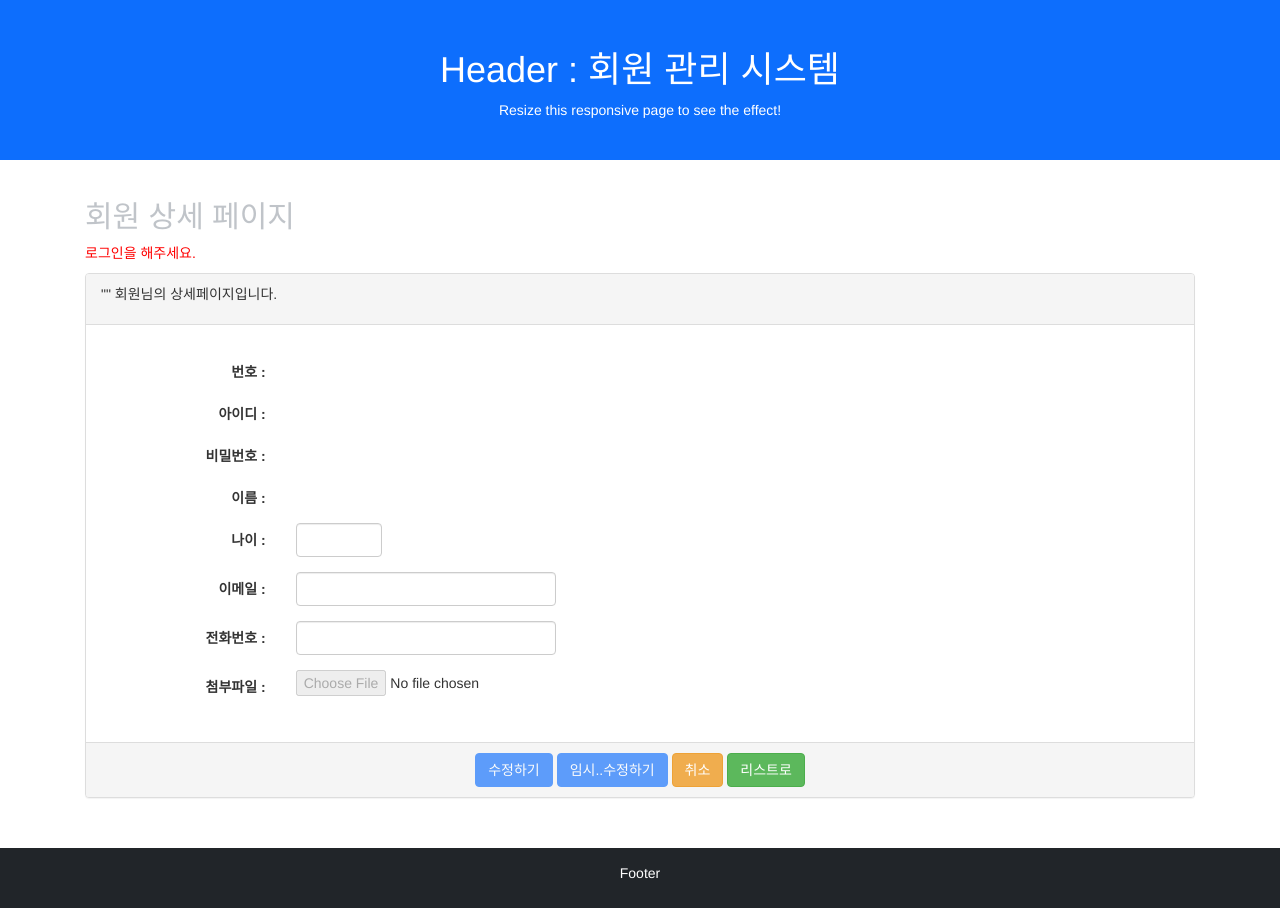
Repository: ainokks071/SpringWEB_MVC
Page: http://localhost/SpringMVC01/WEB-INF/views/memberContent.jsp
An editor plug-in stored every save of this project. The page is shown before and after the next save, followed by the edit.
The browser window is 1280 px wide. The pictures show the whole page.
The page is served by Tomcat 9. Nobody is signed in. Other server files are loaded and not shown. The template is opened directly, without the code that normally fills it, so the values that code supplies are empty.

Above is the page before, as saved 2023-10-09 11:59:50.

### SpringMVC01/src/main/webapp/WEB-INF/views/memberContent.jsp
<%@ page language="java" contentType="text/html; charset=UTF-8" pageEncoding="UTF-8"%>
<%@ page import="kr.bit.model.*"%>
<%--
[JSTL 이란?]
JSP 에서 java 코드가 들어갈 때마다 <% ~~ %>  태그를 사용하기에 불편함이 있고
가독성도 좋지 않아 등장한 태그 라이브러리
[Core Tag 란?]
JSTL의 태그 라이브러리 중 하나로 변수 지정, 제어문, 페이징 처리 등을 할 수 있는 기능을 제공.
아래와 같이 JSP파일의 상단에 선언해준다.
[Core Tag의 종류]
1. set	: 사용될 변수를 설정해 값을 저장하는 태그 -> 속성 : var(변수이름지정) value(값)
2. if : 조건에 따라 내부 코드를 수행하는 태그 -> 속성 : test 속성에 조건을 입력.
3. forEach	: 반복문을 수행하는 태그 ->
			<c:forEach var="vo" items="${list}">

4. out	: 페이지에 값을 출력하는 태그
5. url	: 변수에 url 값과 쿼리스트링 값을 저장하고 호출할 수 있게 하는 태그
6. choose : 다중 조건을 처리하는 코드, if, else문과 비슷하며 <c:choose> 내부에 <c:when>, <c:otherwise> 태그를 사용
7. for Tokens	: 구분자로 분리된 각각의 토큰을 처리할 때 사용하는 태그
8. redirect : 페이지를 재요청하는 태그 																	--%>
<%@ taglib prefix="c" uri="http://java.sun.com/jsp/jstl/core"%>

<!-- get 객체 바인딩.
    	getAttribute대신, JSTL, EL($기호 : getAttribute효과) 사용해보기 !-->
<%-- <% MemberVO vo = (MemberVO) request.getAttribute("vo");%> --%>

<!-- pageContext 내장객체 -> 변수 ctx="/MVC06" -->
<c:set var="ctx" value="${pageContext.request.contextPath}" />

<!DOCTYPE html>
<html>
<head>
<meta charset="UTF-8">
<meta name='viewport' content='width=device-width, initial-scale=1'>
<title>Insert title here</title>
<!--부트스트랩5  -->
<link href='https://cdn.jsdelivr.net/npm/bootstrap@5.3.1/dist/css/bootstrap.min.css' rel='stylesheet' integrity='sha384-4bw+/aepP/YC94hEpVNVgiZdgIC5+VKNBQNGCHeKRQN+PtmoHDEXuppvnDJzQIu9' crossorigin='anonymous'>
<!--부트스트랩3, jquery  -->
<link rel="stylesheet" href="https://maxcdn.bootstrapcdn.com/bootstrap/3.4.1/css/bootstrap.min.css">
<script src="https://ajax.googleapis.com/ajax/libs/jquery/3.6.4/jquery.min.js"></script>
<script src="https://maxcdn.bootstrapcdn.com/bootstrap/3.4.1/js/bootstrap.min.js"></script>

<script type="text/javascript">

	function update() {
		document.form1.action = "<c:url value='/memberUpdate.do' />";
		document.form1.submit();
	}

	function update2() {
		/* 1. 파일이 첨부된 경우 */
		if($("#file").val() != '') {
			/* 첨부된 파일데이터를 서버(controller)로 전송하기 위해 'FormData객체' 사용 -> 'fomr태그'와 구분 */
			var formData = new FormData();
/* 			FormData객체의 append()메서드 : 파일데이터를 key/value로 묶어준다.
			$("input[name=file]")[0] : name속성이 file인 input태그들 중 첫번째(0) input태그
			files[0] : 사용자가 업로드한 파일들 중 첫번째(0) 파일. */
			formData.append("file", $("input[name=file]")[0].files[0]);
			/* 1. ajax(비동기통신)방법으로 파일자체(formData)를 서버로 전송 후,
			   2. 업로드 된 파일이름을 반환받아 input(hidden) : filename변수에 저장
			   3. 모든 텍스트데이터 서버로 전송. */
			$.ajax({
		 	/* 1. formData에 묶인 파일데이터를 서버로 전송하기(비동기) : 파일 업로드!  */
				url : "<c:url value='/fileUpload.do' />",
				type : "post",
				data : formData, /* 파일데이터 전송. */
				/* formData는 단순 text가 아닌, binary데이터이므로 false로 해야한다. */
				processData : false,
				contentType : false,
			/* 2. 클라이언트의 회원정보 + 파일이름 (텍스트데이터) 서버로 전송하기 */
				success : function(data) { /* 실제 업로드 된 파일 이름 반환 후, input(hidden) : filename변수에 저장. */
					alert("수정 되었습니다.");
					$("#filename").val(data);
					/* 사용자가 수정한 age, email, phone, filename + num 5개 서버로 전송. */
					document.form1.action = "<c:url value='/memberUpdate.do?mode=fileAdd' />";
					document.form1.submit();
	 				},
				error : function() { alert("error"); }
			});

		/* 파일이 첨부되지 않은 경우  */
		} else {
			/* id, pass, name, age, email, phone 6개 서버로 전송 */
			document.form1.action = "<c:url value='/memberUpdate.do?mode=add' />";
			document.form1.submit();
		}
	}

	function frmreset() {
		document.form1.reset();
	}

	function memlist() {
		location.href="<c:url value='/memberList.do' />";
	}

	function downloadFile(filename) {
		location.href = "<c:url value='/fileDownload.do'/>?filename=" + filename;
	}

	function deleteFile(num, filename) {
		location.href = "<c:url value='/fileDelete.do'/>?num=" + num + "&filename=" + filename;
	}

</script>

</head>

<body>

<!-- header -->
	<div class="p-5 bg-primary text-white text-center">
		<h1>Header : 회원 관리 시스템</h1>
 		<p>Resize this responsive page to see the effect!</p>
	</div>

	<br>

<!-- body -->
<div class="container">
  <h2 style="color:#1234;">회원 상세 페이지</h2>
  <!-- 로그인 했으면 회원이름 출력 -->
  <c:if test="${sessionScope.userName!=null && sessionScope.userName!=''}">
   <label style="color:green;"> ${sessionScope.userName} </label> 회원님이 로그인 하셨습니다.
  </c:if>
  <!-- 로그인 하지 않았으면 로그인 하라는 메세지 출력 -->
  <c:if test="${sessionScope.userName==null || sessionScope.userName==''}">
   <p style="color:red;"> 로그인을 해주세요. </p>
  </c:if>

  <div class="panel panel-default">
	<div class="panel-heading">
	  <p> "${vo.name}" 회원님의 상세페이지입니다.</p>
	</div>

<div class="panel-body">
    <!-- id중복불가 name중복가능 -->
 <form id="form1" name="form1" class="form-horizontal" method='post'>

 	<input type="hidden" id="filename" name="filename" >

 	<!-- 전송 시, 수정 없이 num 함께 전송됨. -->
    <input type='hidden' name='num' value='${vo.num}'/>

    <div class="panel-body">

    <!-- 로그인 + 자신의 것-->
	 <c:if test="${!empty sessionScope.userId && sessionScope.userId==vo.id}">
	   <!-- 파일첨부 한 경우 . 따라서, 로그인한 사람이 자신의 사진만 볼 수 있다.-->
	   <c:if test="${vo.filename!=null && vo.filename!=''}">
		  <div class="form-group">
	        	<label class="control-label col-sm-2">사진</label>
	        	<div class="col-sm-10">
					<img src="file_repo/${vo.filename}" width="120px" height="100px" >
	        	</div>
	      </div>
	  </c:if>
	 </c:if>

      <div class="form-group">
        <label class="control-label col-sm-2">번호 :</label>
        <div class="col-sm-10"><c:out value="${vo.num}"/></div>
      </div>

      <div class="form-group">
        <label class="control-label col-sm-2">아이디 :</label>
        <div class="col-sm-10"><c:out value="${vo.id}"/></div>
      </div>

      <div class="form-group">
        <label class="control-label col-sm-2">비밀번호 :</label>
        <div class="col-sm-10"><c:out value="${vo.pass}"/></div>
      </div>

      <div class="form-group">
        <label class="control-label col-sm-2">이름 :</label>
        <div class="col-sm-10"><c:out value="${vo.name}"/></div>
      </div>

      <div class="form-group">
        <label class="control-label col-sm-2">나이 :</label>
        <div class="col-sm-10">
          <input type="text" class="form-control" id="age" name="age" value="${vo.age}" style="width:10%"/>
		</div>
      </div>

      <div class="form-group">
        <label class="control-label col-sm-2">이메일 :</label>
        <div class="col-sm-10">
          <input type="text" class="form-control" id="email" name="email" value="${vo.email}" style="width:30%"/>
		</div>
      </div>

      <div class="form-group">
        <label class="control-label col-sm-2">전화번호 :</label>
        <div class="col-sm-10">
          <input type="text" class="form-control" id="phone" name="phone" value="${vo.phone}" style="width:30%"/>
        </div>
      </div>

      <div class="form-group">
        <label class="control-label col-sm-2">첨부파일 :</label>
	        <div class="col-sm-10">
	        <!-- 로그인을 하고, 나의 것만 첨부파일 수정할 수 있다. -->
	        <c:if test="${sessionScope.userId!=null && sessionScope.userId == vo.id }">
	          <input type="file" id="file" name="file" style="width:30%"/>
	        </c:if>
	        <!-- 로그인을 하고, 나의 것이 아니면 첨부파일 수정할 수 없다. -->
	        <c:if test="${sessionScope.userId!=null && sessionScope.userId != vo.id }">
	          <input type="file" id="file" name="file" style="width:30%" disabled="disabled"/>
	        </c:if>
	        <!-- 로그인을 하지 않으면 첨부파일 수정할 수 없다. -->
	        <c:if test="${sessionScope.userId==null}">
	          <input type="file" id="file" name="file" style="width:30%" disabled="disabled"/>
	        </c:if>

          <!-- 클릭하면 서버에 업로드 된 파일을 다운로드한다. -->
          <c:if test="${vo.filename != null && vo.filename != ''}" >
          	<a href="javascript:downloadFile('${vo.filename}')"><c:out value="${vo.filename}" /></a>
          </c:if>
          <!-- 로그인 후 내 파일만 삭제할 수 있다. -->
          <c:if test="${sessionScope.userId != null && sessionScope.userId == vo.id && vo.filename != null && vo.filename != ''}" >
            <a href="javascript:deleteFile('${vo.num}', '${vo.filename}')"><span class="glyphicon glyphicon-remove"></span></a>
          </c:if>

        </div>
      </div>

     </div>
  </form>
</div>

     <div class="panel-footer" style="text-align : center">
		<!-- 수정하기 : 결국, input태그 내 값을 작성하여 form태그를 이용하여 전송(POST방식) : name속성의 num, age, email, phone -->
<%-- 	  <c:if test="${sessionScope.userId!=null && sessionScope.userId!=''}">	--%>

      <!--로그인을 해야 수정하기 버튼을 클릭할 수 있는데, 자신의 것만 클릭가능하다.  -->
      <c:if test="${!empty sessionScope.userId}">
        <c:if test="${sessionScope.userId==vo.id}">
		   <input type='button' class='btn btn-primary' value='수정하기' onclick="update2()"/>
        </c:if>
        <!-- 다른 사람의 수정하기버튼은 클릭할 수 없다. -->
        <c:if test="${sessionScope.userId!=vo.id}">
		   <input type='button' class='btn btn-primary' value='수정하기' disabled="disabled"/>
        </c:if>
	  </c:if>
	  <!--로그인을 하지 않았으면 수정하기 버튼은 아예 클릭할 수 없다.  -->
	  <c:if test="${empty sessionScope.userId}">
		 <input type='button' class='btn btn-primary' value='수정하기' disabled="disabled"/>
	  </c:if>
	  	<input type='button' class='btn btn-primary' value='임시..수정하기' disabled="disabled"/>

		<input type='button' class='btn btn-warning' value='취소' onclick="frmreset()" />
																	<!-- <a href="memberList.do"> 리스트로 </a> -->
		<%-- <input type='button' class='btn btn-success' value='리스트로' onclick="location.href='${ctx}/memberList.do'" /> --%>
		<input type='button' class='btn btn-success' value='리스트로' onclick="memlist()" />
	</div>
 </div>
</div>






<!-- footer -->
<div class="mt-5 p-4 bg-dark text-white text-center">
  	<p>Footer</p>
</div>

</body>
</html>

After the next save:
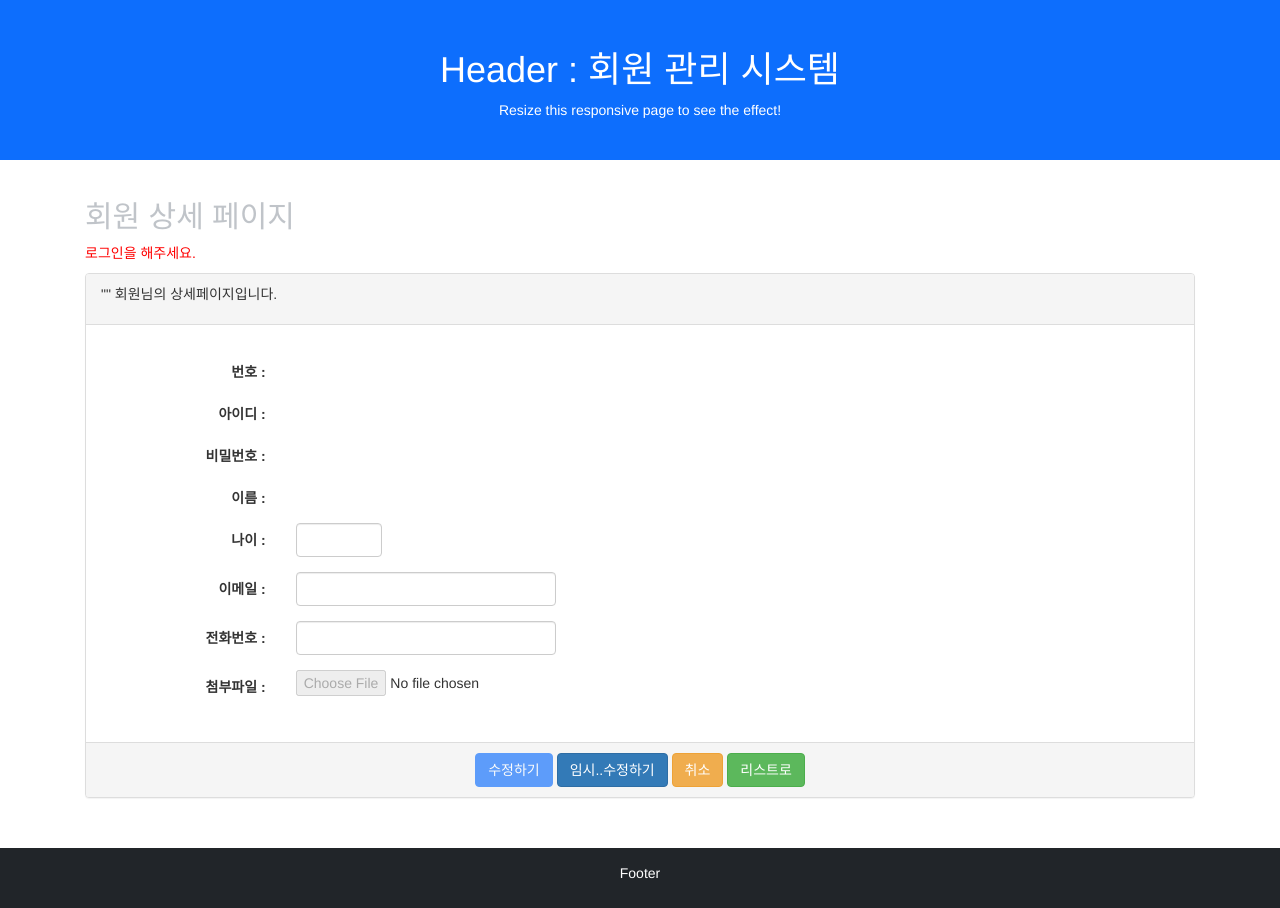
Saved 18 s later.
--- a/SpringMVC01/src/main/webapp/WEB-INF/views/memberContent.jsp
+++ b/SpringMVC01/src/main/webapp/WEB-INF/views/memberContent.jsp
@@ -248,7 +248,7 @@ JSTL의 태그 라이브러리 중 하나로 변수 지정, 제어문, 페이징
 	  <c:if test="${empty sessionScope.userId}">
 		 <input type='button' class='btn btn-primary' value='수정하기' disabled="disabled"/>
 	  </c:if>
-	  	<input type='button' class='btn btn-primary' value='임시..수정하기' disabled="disabled"/>
+	  	<input type='button' class='btn btn-primary' value='임시..수정하기' onclick="update3()"/>
 
 		<input type='button' class='btn btn-warning' value='취소' onclick="frmreset()" />
 																	<!-- <a href="memberList.do"> 리스트로 </a> -->
